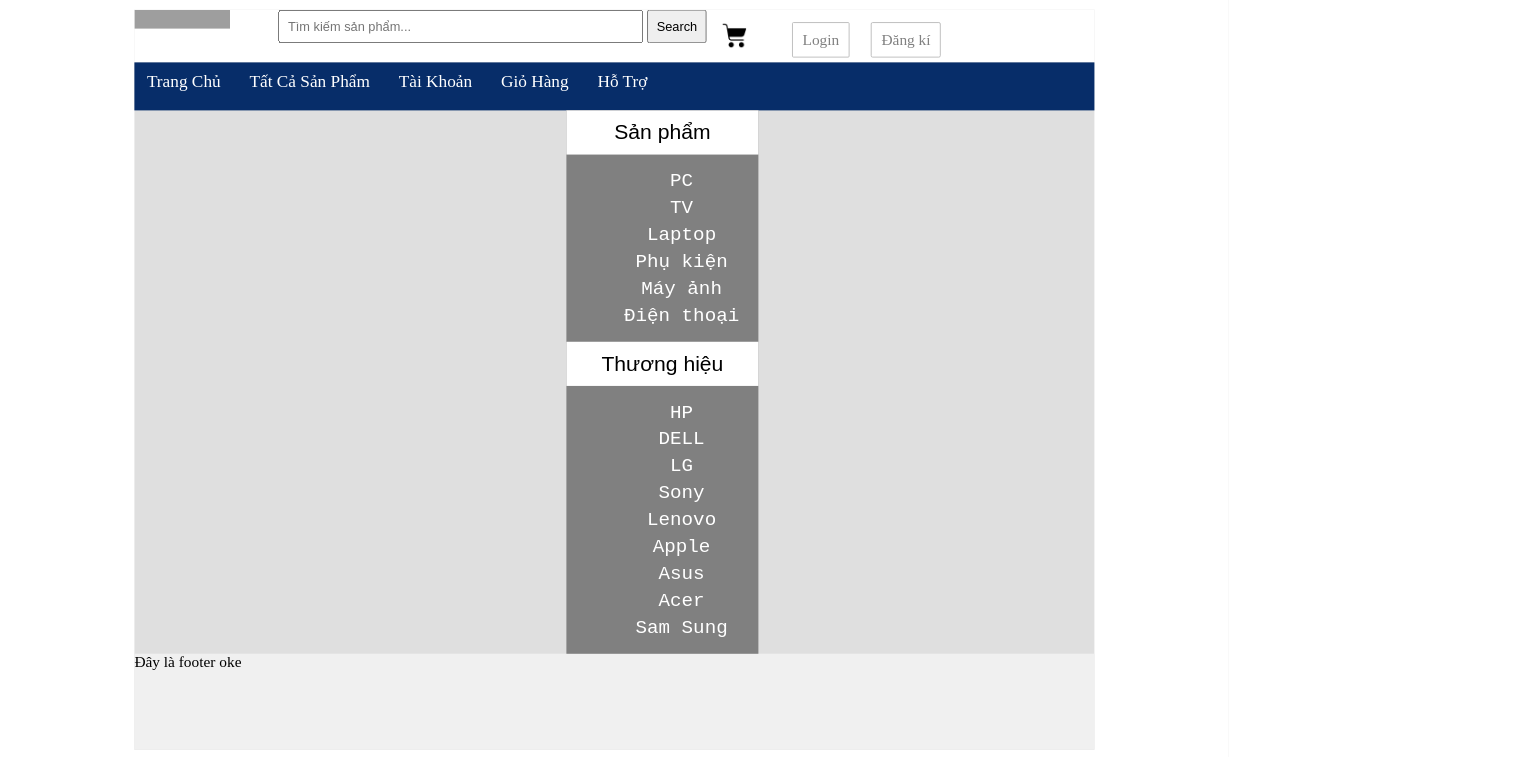
Repository: minhkhuyen1711/hpt
Page: http://localhost/website-ecommerce-php-master/index.php?action=login
The author's editor kept a copy of each file at every save. The page is drawn from the files as they stood at one save, then again after the next save.
The browser window is 1280 px wide. The page is 1280 px wide, then 1590 px, then 1280 px, so the pictures cover 1590 px, including what lies to the right of the window. The pictures show the whole page, at 96% of full size.
Pictures or frames that could not be fetched are drawn as grey boxes. The page is run by PHP 8.4 with error messages shown; the project is at /var/www/html/. The database holds what the project's SQL file puts in it.

Above is the page before, as saved 2021-06-12 14:51:39.

### index.php
<?php
include("includes/db.php");
?>

<!DOCTYPE html>
<html lang="en" dir="ltr">
  <head>
    <meta charset="utf-8">
    <title>Online Shopping</title>
    <link rel="stylesheet" href="styles/style.css" media="all">
  </head>
  <body>
    <!-- Main container bắt đầu từ đây -->
    <div class="main_wrapper">
     <div class="header_wrapper">
      <div class="header_logo">
         <a href="index.php">
         <img id="logo" src="images/metrixcode100x30.png" width="100px" height="20px">
         </a>
      </div><!--/.header_logo-->
      <div id="form">
      <form method="get" action="results.php" enctype="multipart/form-data">
      <input type="text" name="user_query" placeholder="Tìm kiếm sản phẩm...">
      <input type="submit" name="search" value="Search">
      </form>
      </div>

      <div class="cart">
        <ul>
          <li class="dropdown_header_cart">
            <div id="notification_total_art" class="shopping_cart">
              <img src="images/cart_icon.png" id="cart_image">
            </div>
          </li>
        </ul>
      </div>

      <div class="register_login">
        <div class="login">
          <a href="index.php?action=login">Login</a></div>
          <div class="register"><a href="custommer_register.php">Đăng kí</a></div>
      </div>

    </div> <!--/.header_wrapper-->
    <div class="menu_bar">
      <ul id="menu">
        <li><a href="index.php">Trang Chủ</a></li>
        <li><a href="all_product.php">Tất Cả Sản Phẩm</a></li>
        <li><a href="customer/my account.php">Tài Khoản</a></li>
        <li><a href="cart.php">Giỏ Hàng</a></li>
        <li><a href="contact.php">Hỗ Trợ</a></li>
      </ul>
    </div>
      <div class="content_wrapper">
        <div id="sidebar">
          <div id="sidebar_title">Sản phẩm</div>
          <ul id="cats">
            <?php
            $get_cats = "select * from categories";

            $run_cats = mysqli_query($con, $get_cats);

            while($row_cats=mysqli_fetch_array($run_cats)){
              $cat_id = $row_cats['cat_id'];

              $cat_title = $row_cats['cat_title'];

              echo "<li><a href='index.php?cat=$cat_id'>$cat_title</a></li>";
            }
            ?>
          </ul>
          <div id="sidebar_title">Thương hiệu</div>
          <ul id="cats">
            <?php
            $get_brands = "select * from brands";

            $run_brands = mysqli_query($con, $get_brands);

            while($row_brands = mysqli_fetch_array($run_brands)){
              $brand_id = $row_brands['brand_id'];

              $brand_title = $row_brands['brand_title'];

              echo "<li><a href='index.php?brand=$brand_id'>$brand_title</a></li>";
            }
            ?>
          </ul>
        </div>
      </div><!--/.content_wrapper -->
      <div id="footer">
        Đây là footer oke
      </div>
    </div><!--/.main_wrapper-->
    <!--Kết thúc Main container tại đây-->
  </body>
</html>

### includes/db.php

<?php
$con = mysqli_connect("localhost","root","","thuongmaidientu");

if(mysqli_connect_errno()){
    echo "Fail to connect to MySQL: " . mysqli_connect_error();
}
?>

### styles/style.css
/* http://meyerweb.com/eric/tools/css/reset/
   v2.0 | 20110126
   License: none (public domain)
*/

/* html, body, div, span, applet, object, iframe,
h1, h2, h3, h4, h5, h6, p, blockquote, pre,
a, abbr, acronym, address, big, cite, code,
del, dfn, em, img, ins, kbd, q, s, samp,
small, strike, strong, sub, sup, tt, var,
b, u, i, center,
dl, dt, dd, ol, ul, li,
fieldset, form, label, legend,
table, caption, tbody, tfoot, thead, tr, th, td,
article, aside, canvas, details, embed,
figure, figcaption, footer, header, hgroup,
menu, nav, output, ruby, section, summary,
time, mark, audio, video {
	margin: 0;
	padding: 0;
	border: 0;
	font-size: 100%;
	font: inherit;
	vertical-align: baseline;
} */

body{
margin-top: 10px;
}

.main_wrapper{
    width: 1000px;
    height: auto;
    margin: auto;
    background: #dfdfdf;
}

.header_wrapper{
    width: 100%;
    height: 55px;
    margin: auto;
    background: white;
}

.header_logo{
    float: left;
    width: 150px;
    padding-top: 10;
}

#form{
    float:left;
    width: 45%;
    margin-top: 10

}

#form input{
    padding: 8px;

}

#form input[type=text]{
    width: 80%;
}

.cart{
    float: left;
    margin: 5px 10px 0px 15px;
    cursor: pointer;
    height: 35px;
    padding-top: 7px;
    position: relative;
    top: 0px;
    right: 20px;
    width: 60px;
    text-align: center;
    z-index: 1000;
}

.cart img{
    width: 30px;
}

.cart ul{
    padding: 0;
    margin: 0;
    list-style: none;
    position: relative;
    width: auto;
    z-index: 1;
}

.register_login{
    float: left;
    width: 150px;
    margin: 10px 0px 0px 30px;
}

.register_login a {
    text-decoration: none;
}

.login{
    position: relative;
    top: 3px;
    float: left;
    right: 30px;
    height: 35px;
    line-height: 35px;
    padding: 0 10px 0 10px;
    margin: 0;
    color: gray;
    cursor: pointer;
    position: relative;
    display: inline;
    border: 0.1px solid rgba(183, 183, 183, 0.9);
    border-radius: 1.5px;
}

.login a {
    color: gray;
}

.register{
    position: relative;
    top: 3px;
    float: left;
    right: 15px;
    height: 35px;
    line-height: 35px;
    padding: 0px 10px 0px 10px;
    margin: 0px 0px 0px 7px;
    color: white;
    cursor: pointer;
    display: inline;
    border: 0.01px solid rgba(183, 183, 183, 0.9);
    border-radius: 2px;
}

.register a{
    color: gray;
}

.menu_bar{
    width: 1000px;
    height: 50px;
    background: #072d69;
}

.menu_bar a{
    color: white;
}

#menu{
    padding: 0;
    margin: 0;
    line-height: 40px;
    float: left;
}

#menu li{
    list-style: none;
    display: inline;
}

#menu a{
    text-decoration: none;
    padding: 8px;
    margin: 5px;
    font-size: 18px;
}

#menu a:hover{
    color: #33FAFF;
}
.content_wrapper{
    width: 100px;
    margin: auto;
    background: orange;
}

#sidebar{
    width: 200px;
    background: gray;
    float: left;
    height: auto;
}

#sidebar_title{
    background: white;
    color: black;
    font-size: 22px;
    padding: 10px;
    font-family: Arial, Helvetica, sans-serif;
    text-align: center;
}

#cats{
    text-align: center;
}

#cats li{
    list-style: none;
    margin: 5px;
}

#cats a{
    color: white;
    padding: 8px;
    margin: 5px;
    text-align: center;
    font-size: 20px;
    text-decoration: none;
    font-family: 'Courier New', Courier, monospace;
}

#cats a:hover{
    color: #33FAFF;
}

#footer{
    width: 1000px;
    height: 100px;
    background: #f0f0f0;
    clear: both;

}

### sql/thuongmaidientu.sql (the tables this page reads)
CREATE TABLE `brands` (
  `brand_id` int(100) NOT NULL,
  `brand_title` varchar(250) COLLATE utf8mb4_unicode_ci NOT NULL
) ENGINE=InnoDB DEFAULT CHARSET=utf8mb4 COLLATE=utf8mb4_unicode_ci;

INSERT INTO `brands` (`brand_id`, `brand_title`) VALUES
(1, 'HP'),
(2, 'DELL'),
(3, 'LG'),
(5, 'Sony'),
(7, 'Lenovo'),
(8, 'Apple'),
(13, 'Asus'),
(14, 'Acer'),
(15, 'Sam Sung');

ALTER TABLE `brands`
  ADD PRIMARY KEY (`brand_id`);

ALTER TABLE `brands`
  MODIFY `brand_id` int(100) NOT NULL AUTO_INCREMENT, AUTO_INCREMENT=16;

CREATE TABLE `categories` (
  `cat_id` int(100) NOT NULL,
  `cat_title` varchar(100) COLLATE utf8mb4_unicode_ci NOT NULL
) ENGINE=InnoDB DEFAULT CHARSET=utf8mb4 COLLATE=utf8mb4_unicode_ci;

INSERT INTO `categories` (`cat_id`, `cat_title`) VALUES
(1, 'PC'),
(2, 'TV'),
(3, 'Laptop'),
(4, 'Phụ kiện'),
(5, 'Máy ảnh'),
(6, 'Điện thoại');

ALTER TABLE `categories`
  ADD PRIMARY KEY (`cat_id`);

ALTER TABLE `categories`
  MODIFY `cat_id` int(100) NOT NULL AUTO_INCREMENT, AUTO_INCREMENT=13;

After the next save:
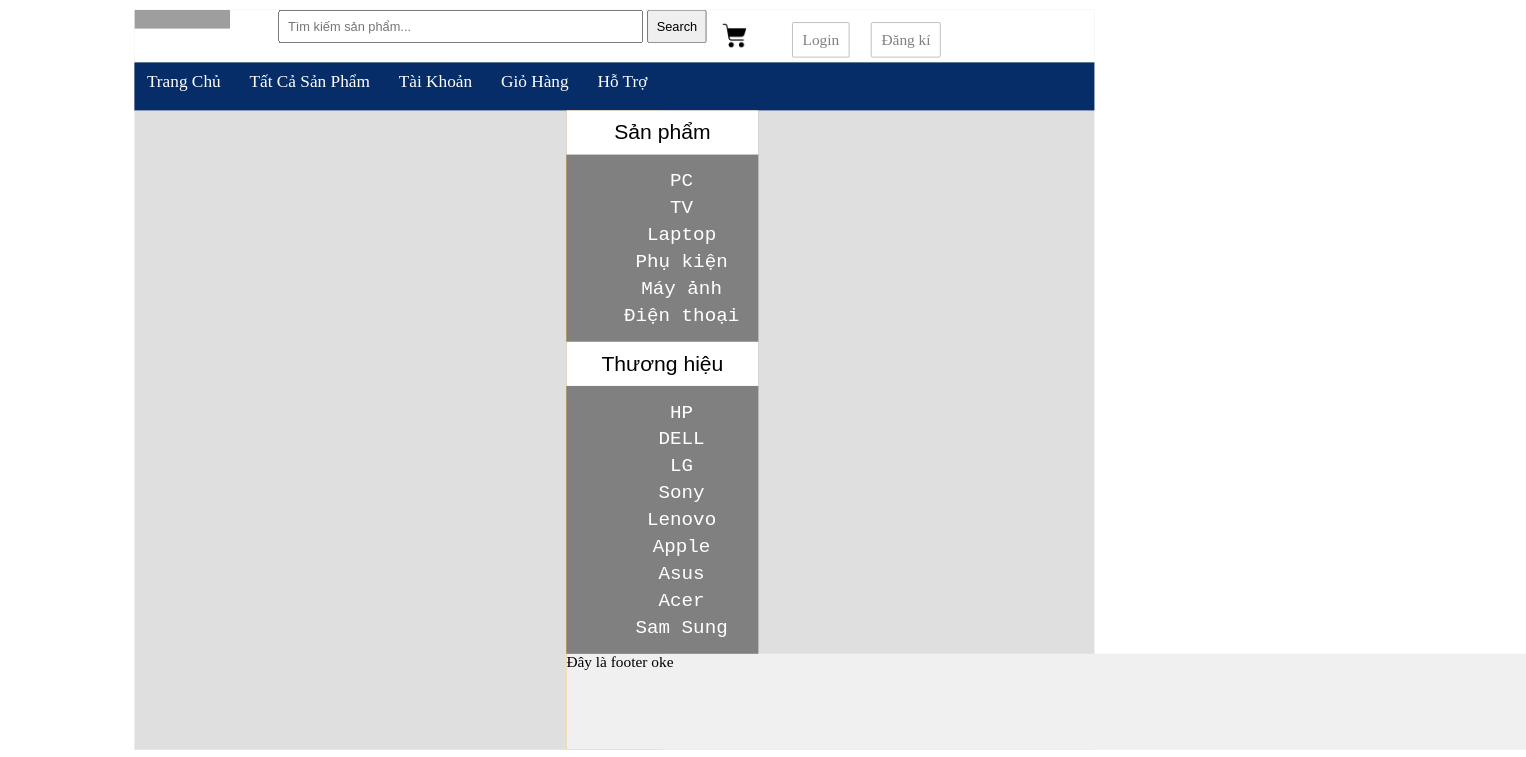
Saved 4 min 35 s later.
--- a/index.php
+++ b/index.php
@@ -86,10 +86,11 @@
             ?>
           </ul>
         </div>
-      </div><!--/.content_wrapper -->
-      <div id="footer">
+        <div id="footer">
         Đây là footer oke
       </div>
+      </div><!--/.content_wrapper -->
+
     </div><!--/.main_wrapper-->
     <!--Kết thúc Main container tại đây-->
   </body>

After the save that followed:
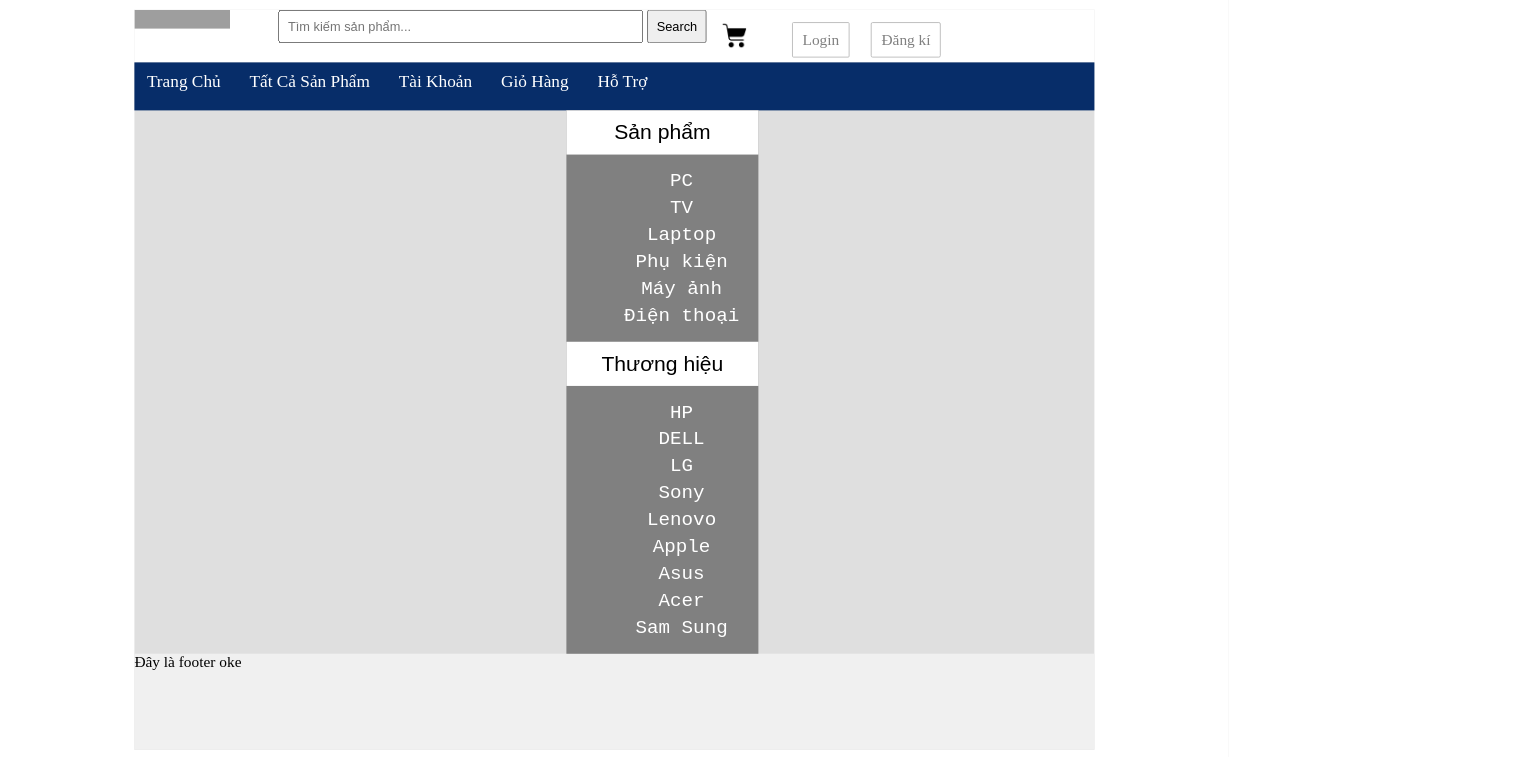
Saved 6 s later.
--- a/index.php
+++ b/index.php
@@ -86,11 +86,10 @@
             ?>
           </ul>
         </div>
-        <div id="footer">
+      </div><!--/.content_wrapper -->
+      <div id="footer">
         Đây là footer oke
       </div>
-      </div><!--/.content_wrapper -->
-
     </div><!--/.main_wrapper-->
     <!--Kết thúc Main container tại đây-->
   </body>
